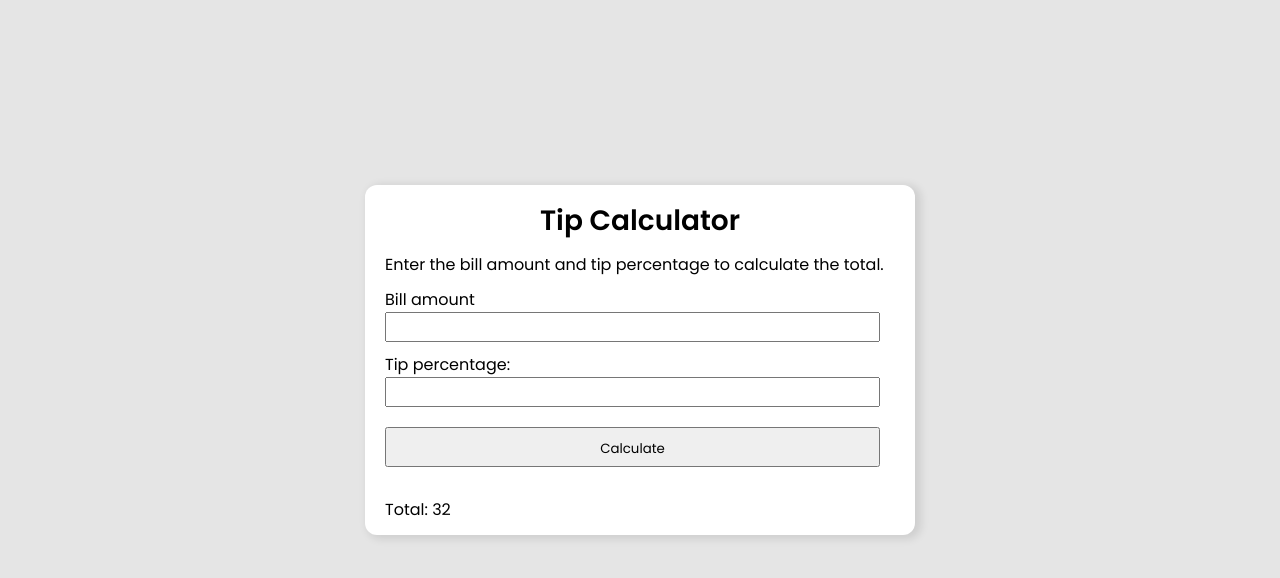
Repository: Ankitkr2021/Tip-Calculator
Page: index.html
These files come from the project's save history. The page is drawn as it stood at one moment and after the next save; the edit follows.
The browser window is 1280 px wide. The pictures show the whole page.

Above is the page before, as saved 2025-10-27 10:56:45.

### index.html
<!DOCTYPE html>
<html lang="en">
<head>
    <meta charset="UTF-8">
    <meta name="viewport" content="width=device-width, initial-scale=1.0">
    <title>Tip Calculator</title>
    <link rel="stylesheet" href="./style.css">
</head>
<body>
    <div class="box">
        <h2>Tip Calculator</h2>
        <p>Enter the bill amount and tip percentage to calculate the total.</p>
        <p>Bill amount</p>
        <input type="number">
        <p>Tip percentage:</p>
        <input type="number">
        <button>Calculate</button>
        <p>Total: <span>32</span></p>
    </div>
</body>
</html>

### style.css
@import url('https://fonts.googleapis.com/css2?family=Poppins:wght@300;400;500;600;700&display=swap');

*{
    margin: 0;
    padding: 0;
    box-sizing: border-box;
    font-family: "Poppins",sans-serif;
}

body {
    height: 100vh;
    width: 100%;
    display: flex;
    align-items: center;
    justify-content: center;
    background: rgba(0,0,0,0.1);
}

.box {
    background: #fff;
    height: 350px;
    width: 550px;
    box-shadow: 4px 2px 8px 2px rgba(0,0,0,0.1);
    border-radius: 12px;
}

h2{
    text-align: center;
    padding: 15px 0 0 0;
    font-size: 28px;
    font-weight: 600;
}

p{
    padding: 10px 10px 0 10px ;
    margin-left: 10px;

}

input {
    width: 90%;
    height: 30px;
    margin-left: 20px;
}

button {
    padding: 3px 0 0 0;
    width: 90%;
    margin: 20px;
    height: 40px;

}

After the next save:
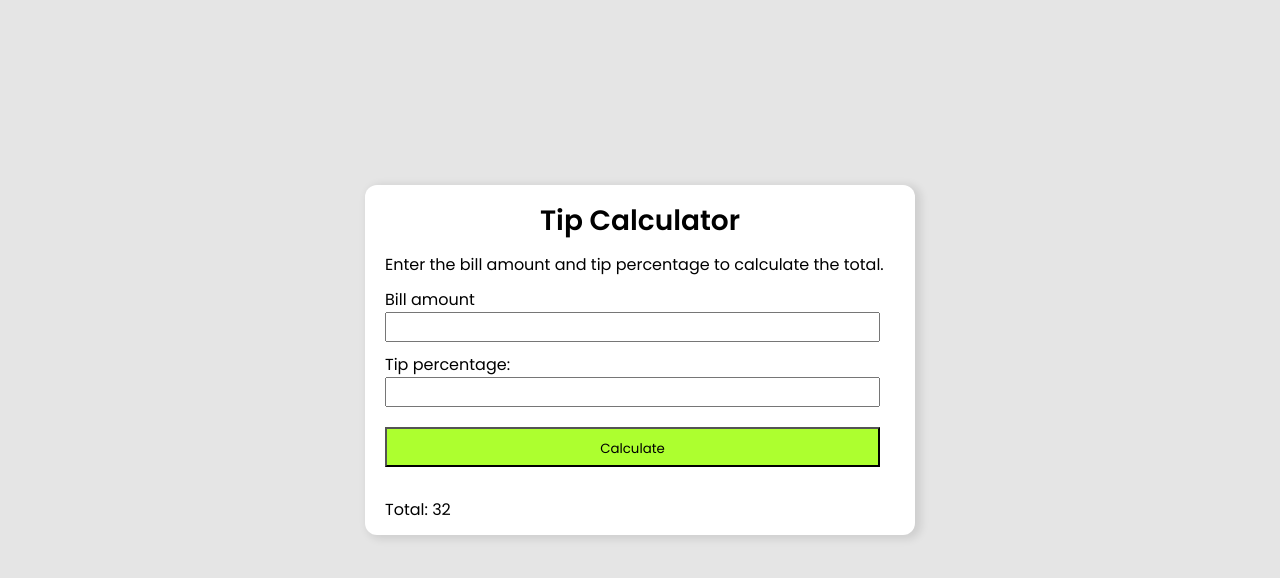
Saved 14 s later.
--- a/style.css
+++ b/style.css
@@ -48,5 +48,5 @@ button {
     width: 90%;
     margin: 20px;
     height: 40px;
-
+    background-color: greenyellow;
 }
